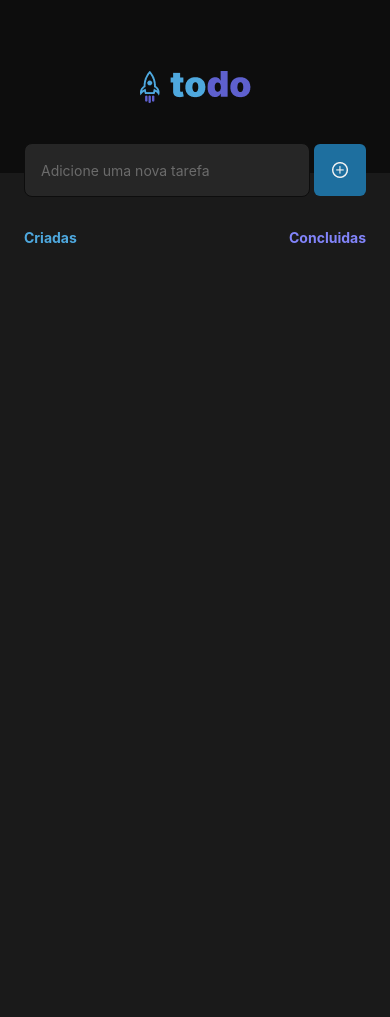
Repository: caueenrico/toDoList_ReactNative
Screen: /
The author's editor kept a copy of each file at every save. The screen is drawn from the files as they stood at one save, then again after a run of saves.
The app was drawn by React Native's web renderer in a window 390 px wide. The project was rebuilt for these pictures with package versions that can differ from the ones it lists, and the page was loaded fresh each time.

Above is the screen before, as saved 2022-11-14 17:09:20.

After the next 5 saves:
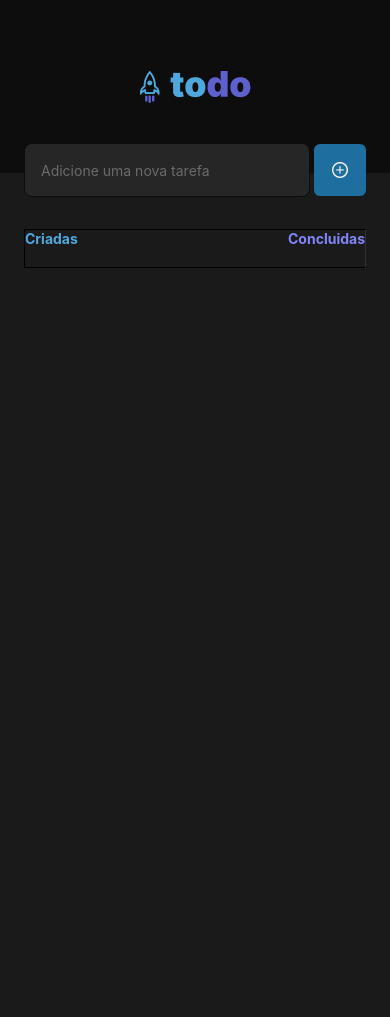
The 5 saves are shown as one change because 1 did not build or start and some came seconds apart.
The last was saved 55 s later.
--- a/src/screens/home/styles.ts
+++ b/src/screens/home/styles.ts
@@ -19,6 +19,7 @@
     justifyContent: 'space-between',
     borderEndColor: '#333333',
     paddingBottom: 20,
+    borderWidth: 1,
   }
 
 })

After the save that followed:
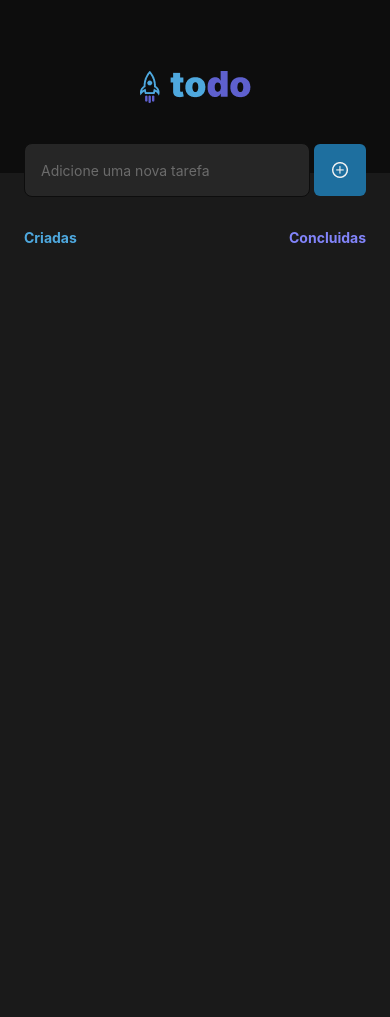
Saved 10 s later.
--- a/src/screens/home/styles.ts
+++ b/src/screens/home/styles.ts
@@ -19,7 +19,7 @@
     justifyContent: 'space-between',
     borderEndColor: '#333333',
     paddingBottom: 20,
-    borderWidth: 1,
+
   }
 
 })
